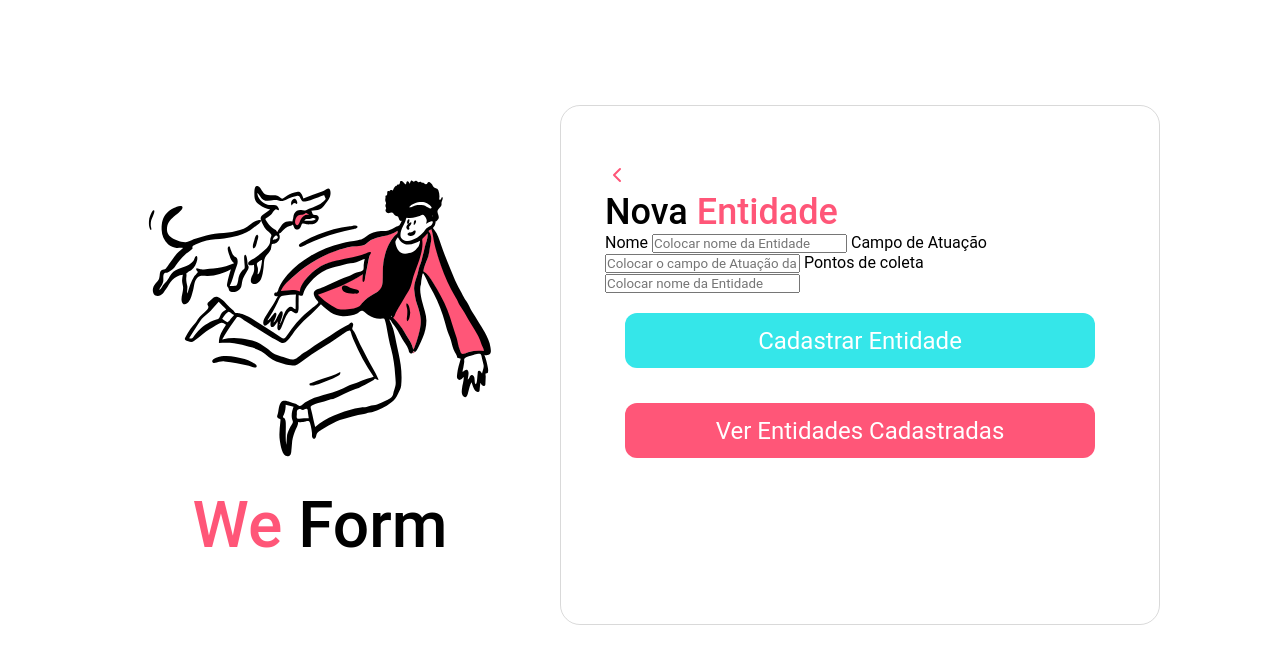
Repository: guilhermecardoso93/we-form
Page: nova-entidade.html
The author's editor kept a copy of each file at every save. The page is drawn from the files as they stood at one save, then again after the next save.
The browser window is 1280 px wide. The pictures show the whole page.
Some web libraries are served in a nearby version.

Above is the page before, as saved 2024-06-09 18:01:31.

After the next save:
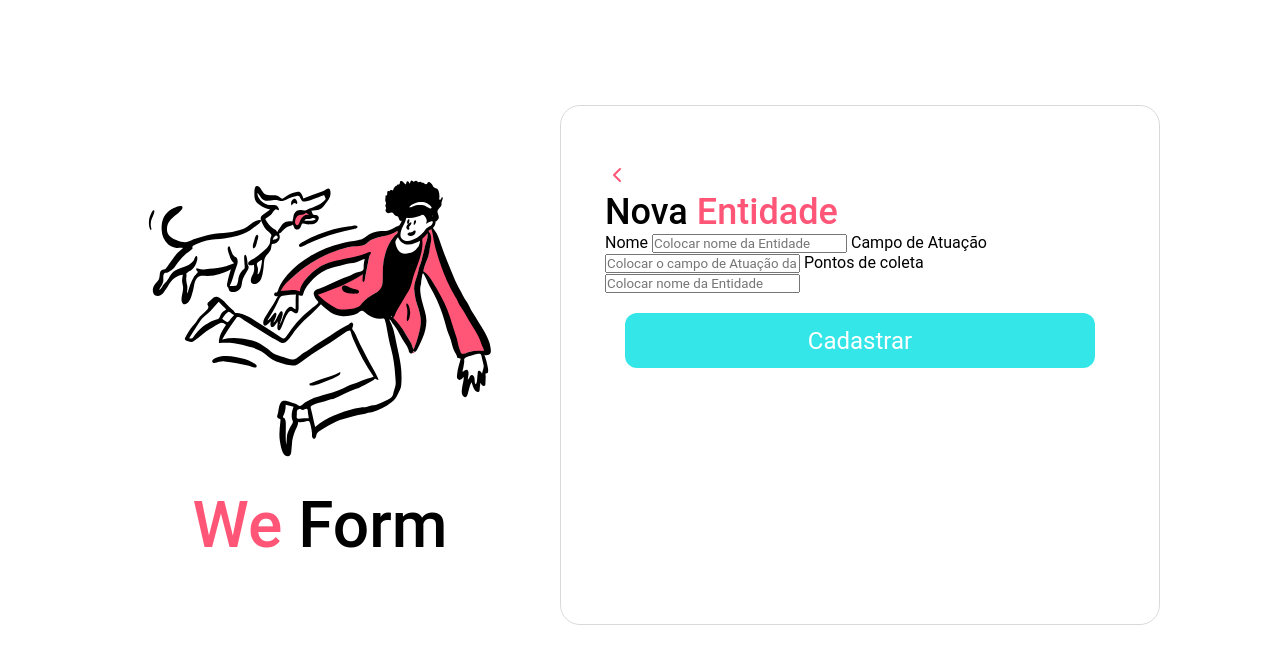
Saved 28 s later.
--- a/nova-entidade.html
+++ b/nova-entidade.html
@@ -36,11 +36,7 @@
             </form>
             <div class="buttons">
                 <button>
-                <a href="http://">Cadastrar Entidade</a>
-            </button>
-                <button>
-                <a href="http://">Ver Entidades Cadastradas</a>
-            </button>
+                <a href="http://">Cadastrar </a>
             </div>
 
         </main>
